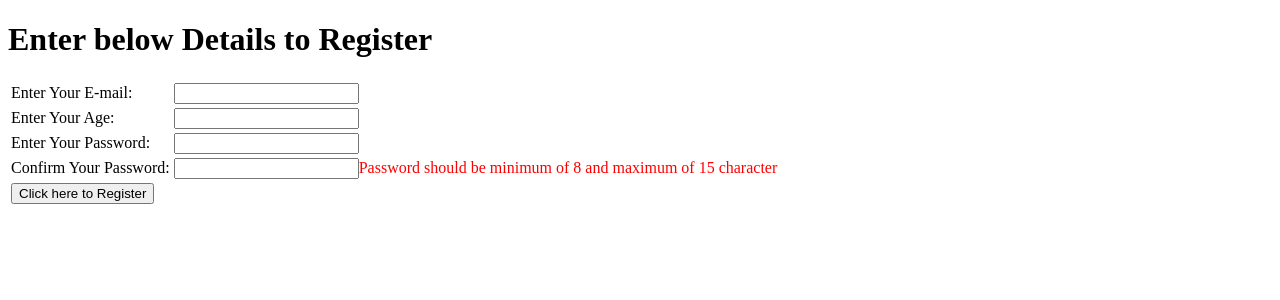
Repository: royalnavghans/JavaFullStackGit
Page: http://localhost/SpringAss2/WEB-INF/Register.jsp
An editor plug-in stored every save of this project. The page is shown before and after the next save, followed by the edit.
The browser window is 1280 px wide. The pictures show the whole page.
The page is served by Tomcat 9. Nobody is signed in. Other server files are loaded and not shown. The template is opened directly, without the code that normally fills it, so the values that code supplies are empty.

Above is the page before, as saved 2022-12-04 10:48:10.

### RoyalSpringProjects/RoyalSpringProjects/SpringAss2/src/main/webapp/WEB-INF/Register.jsp
<%@ page language="java" contentType="text/html; charset=ISO-8859-1"
	pageEncoding="ISO-8859-1"%>
<%@ taglib prefix="form" uri="http://www.springframework.org/tags/form"%>
<!DOCTYPE html>
<html>
<head>
<meta charset="ISO-8859-1">
<title>Insert title here</title>
</head>
<style type="text/css">
.error {
	color: red

}
.red{
color:red;}
</style>
<body>
	<h1>Enter below Details to Register</h1>
	<table>
		<tbody>
			<form:form action="validate" modelAttribute="cust">
				<tr>
					<td><form:label path="Email">Enter Your E-mail:</form:label></td>

					<td><form:input path="Email" /></td>
				</tr>
				<form:errors path="Email" cssClass="error" />
				<tr>
					<td><form:label path="Age">Enter Your Age:</form:label></td>

					<td><form:input path="Age" /></td>
				</tr>
				<form:errors path="Age" cssClass="error" />
				<tr>
					<td><form:label path="Password">Enter Your Password:</form:label></td>

					<td><form:input path="Password" /></td>
				</tr>
				<form:errors path="Password" cssClass="error" />
				<tr>
					<td><form:label path="ConfrmPassword">Confirm Your Password: </form:label></td>

					<td><form:input path="ConfrmPassword" /><span class="red">Password should be minimum of 8 and maximum of 15 character</span></td>
				</tr>
				<form:errors path="ConfrmPassword" cssClass="error" />
				<tr>
					<td><input type="submit" value="Click here to Register"></td>
				</tr>
			</form:form>
		</tbody>
	</table>
</body>
</html>

After the next save:
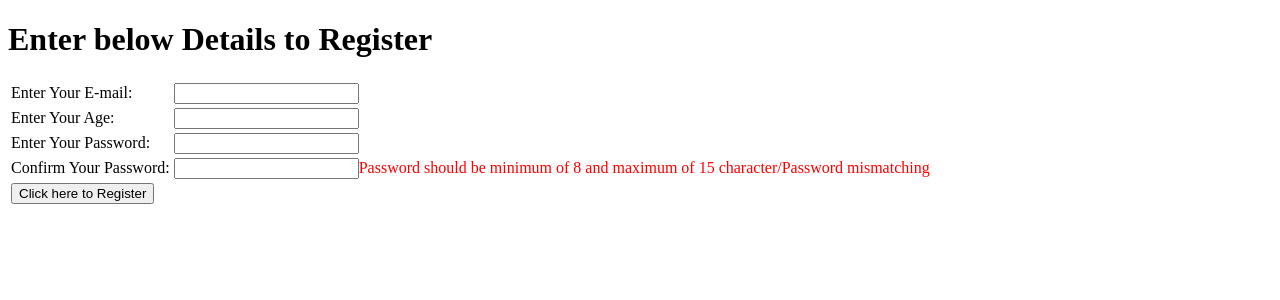
Saved 58 s later.
--- a/RoyalSpringProjects/RoyalSpringProjects/SpringAss2/src/main/webapp/WEB-INF/Register.jsp
+++ b/RoyalSpringProjects/RoyalSpringProjects/SpringAss2/src/main/webapp/WEB-INF/Register.jsp
@@ -41,7 +41,7 @@ color:red;}
 				<tr>
 					<td><form:label path="ConfrmPassword">Confirm Your Password: </form:label></td>
 
-					<td><form:input path="ConfrmPassword" /><span class="red">Password should be minimum of 8 and maximum of 15 character</span></td>
+					<td><form:input path="ConfrmPassword" /><span class="red">Password should be minimum of 8 and maximum of 15 character/Password mismatching</span></td>
 				</tr>
 				<form:errors path="ConfrmPassword" cssClass="error" />
 				<tr>
